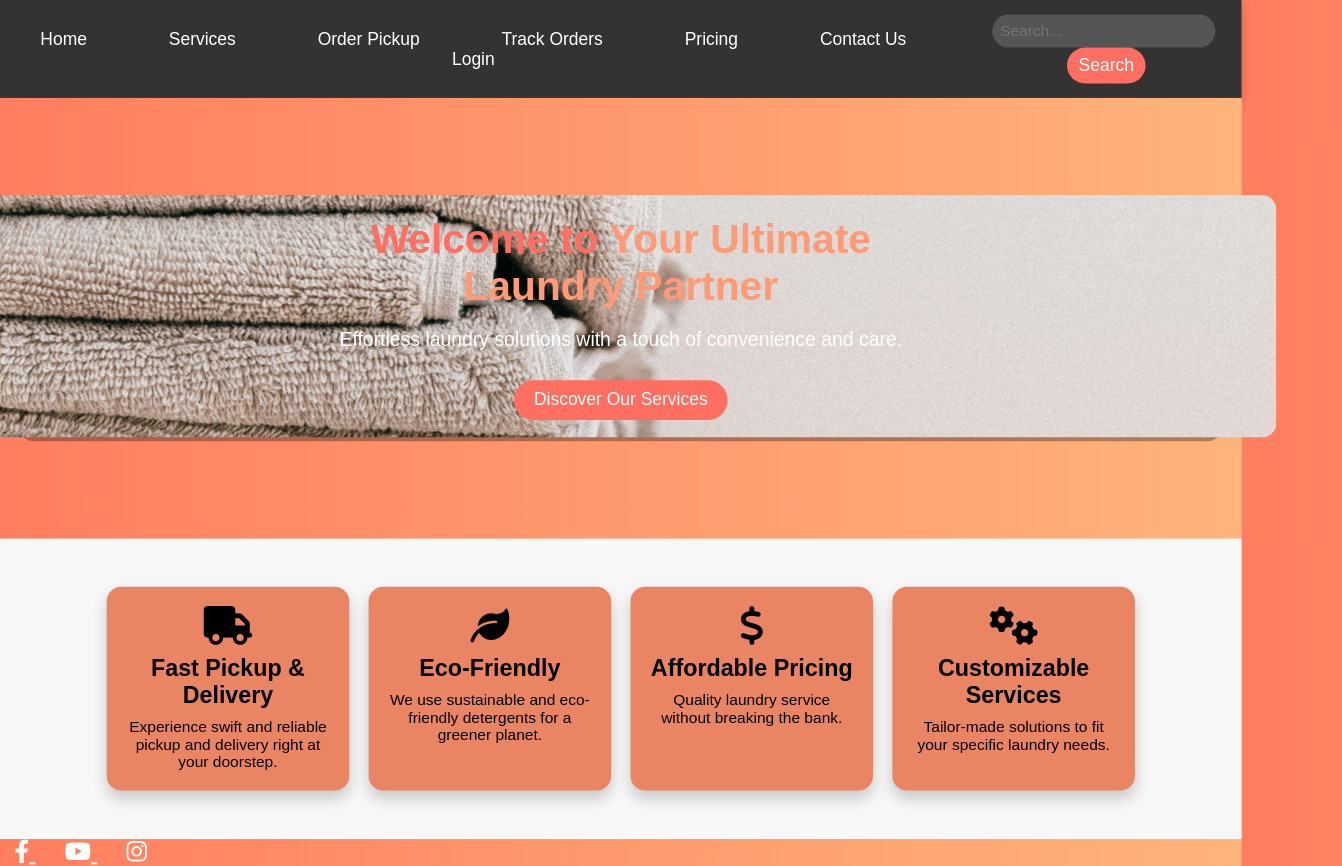
Repository: wmrmweerakoon/Online-Laundry-Management-System
Page: http://localhost/LaundryManagementSystem/home.jsp
An editor plug-in stored every save of this project. The page is shown before and after the next save, followed by the edit.
The browser window is 1280 px wide. The page is 1384 px wide, so the pictures cover 1384 px, including what lies to the right of the window. The pictures show the whole page, at 97% of full size.
The page is served by Tomcat 9.

Above is the page before, as saved 2024-10-08 03:55:00.

After the next save:
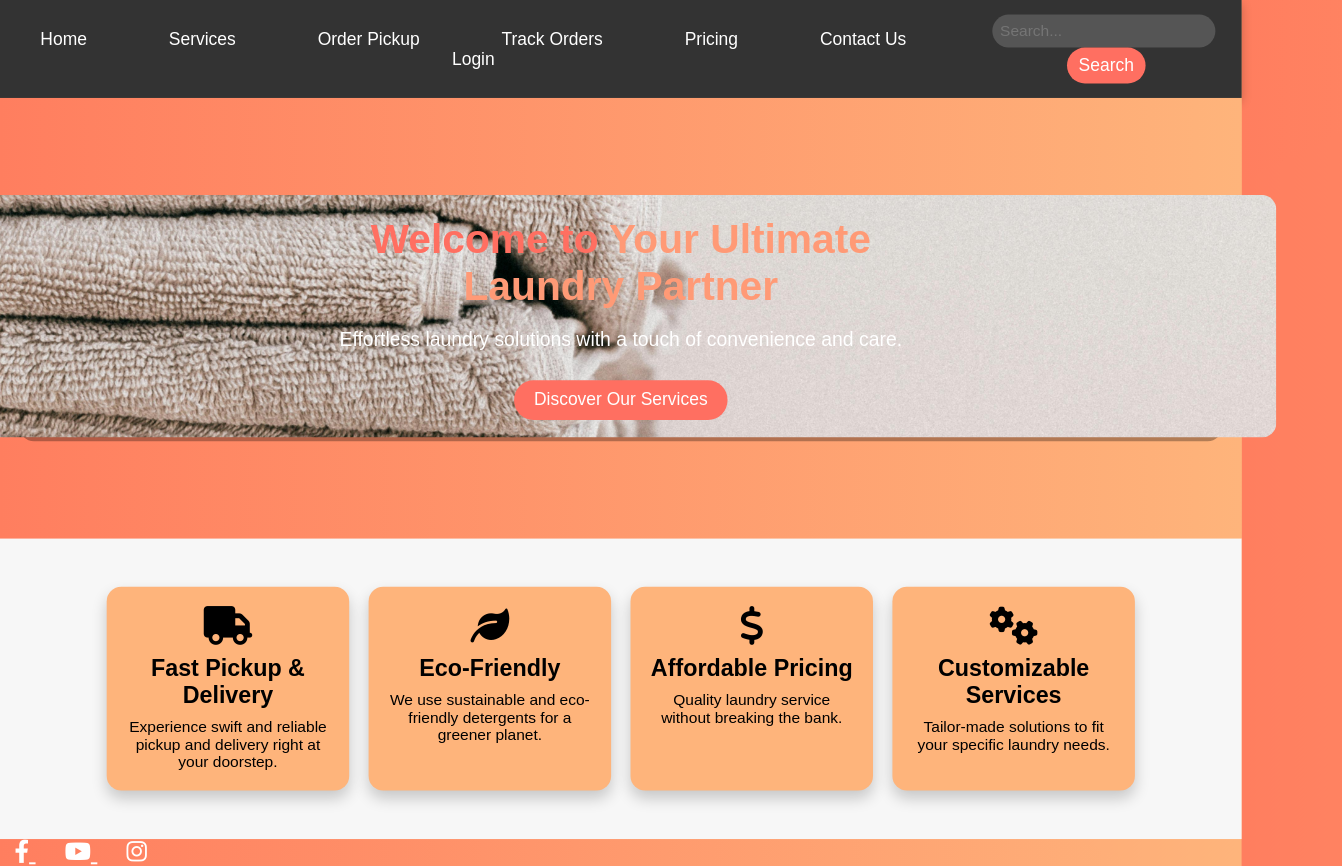
Saved 67 s later.
--- a/Projects/LaundryManagementSystem/src/main/webapp/CSS/home.css
+++ b/Projects/LaundryManagementSystem/src/main/webapp/CSS/home.css
@@ -239,7 +239,7 @@ button:hover {
 }
 
 .info-card {
-    background-color: #e98563!important; /* Soft Green background color for cards */
+    background-color: #feb47b!important; /* Soft Green background color for cards */
     border-radius: 15px !important;
     padding: 20px !important;
     width: 250px !important;
